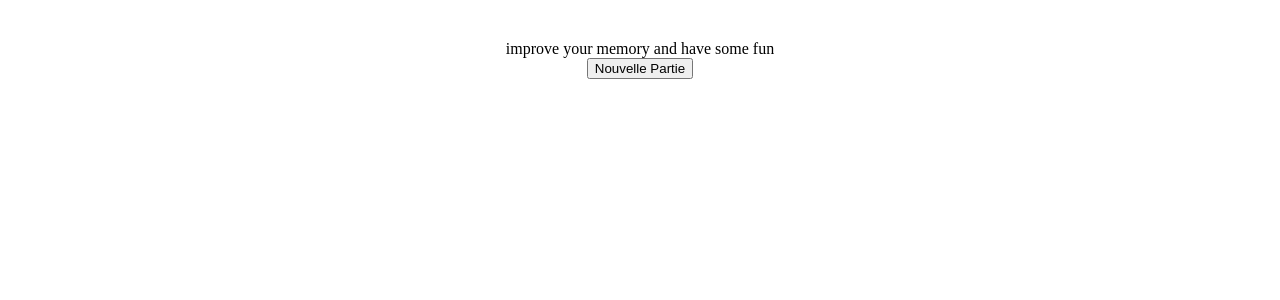
Repository: karim-sebih/react-memory
Page: / (app in react-memory/Memory/)
The author's editor kept a copy of each file at every save. The page is drawn from the files as they stood at one save, then again after a run of saves.
The browser window is 1280 px wide. The pictures show the whole page.
The project was rebuilt for these pictures with package versions that can differ from the ones it lists, and the page was loaded fresh each time. Also part of the build but not shown: react-memory/Memory/vite.config.js.

Above is the page before, as saved 2025-05-22 10:30:37.

### react-memory/Memory/src/App.jsx
import { useState } from 'react'
import './App.css'
import NewGameButton from './components/Button.jsx'

function App() {
  const [gameStarted, setGameStarted] = useState(false)
  const [cards, setCards] = useState([])

  // Dummy cards for demonstration
  const initialCards = [
    { id: 1, value: 'A', flipped: false, matched: false },
    { id: 2, value: 'A', flipped: false, matched: false },
    { id: 3, value: 'B', flipped: false, matched: false },
    { id: 4, value: 'B', flipped: false, matched: false },
  ]

  const startNewGame = () => {
    // Shuffle and reset cards
    const shuffled = [...initialCards].sort(() => Math.random() - 0.5)
    setCards(shuffled)
    setGameStarted(true)
  }

  return (
    <>
      <div>

        improve your memory and have some fun

      </div>
      {!gameStarted ? (
        <NewGameButton onNewGame={startNewGame} />
      ) : (
        <div>

          <h1>Memory Game</h1>
          <div className="memory-board">
            {cards.map(card => (
              <div key={card.id} className="memory-card">
                {card.flipped || card.matched ? card.value : "?"}
              </div>
            ))}
          </div>
        </div>
      )}

    </>
  )
}

export default App

### react-memory/Memory/src/components/Button.jsx
import React from 'react';

const NewGameButton = ({ onNewGame }) => (
    <button  className='new-game-button' onClick={onNewGame}>
        Nouvelle Partie
    </button>
);



export default NewGameButton;

### react-memory/Memory/src/components/button.css
.new-game-button {
  background-color: #4CAF50; /* Green */
  border: none;
  color: white;
  padding: 15px 32px;
  text-align: center;
  text-decoration: none;
  display: inline-block;
  font-size: 16px;
  margin: 4px 2px;
  cursor: pointer;
}

Loaded but not shown: react-memory/Memory/index.html (common file); react-memory/Memory/src/main.jsx (common file); react-memory/Memory/src/App.css (common file)

After the next 7 saves:
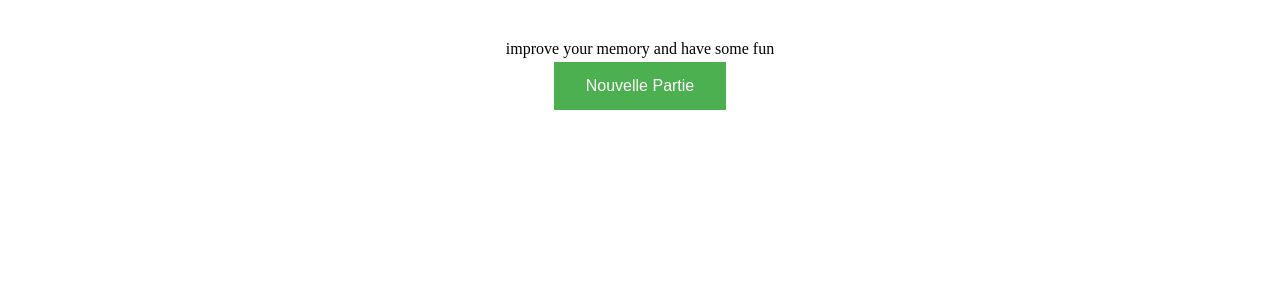
The 7 saves are shown as one change because they came seconds apart.
The last was saved 62 s later.
--- a/react-memory/Memory/src/components/Button.jsx
+++ b/react-memory/Memory/src/components/Button.jsx
@@ -1,4 +1,5 @@
 import React from 'react';
+import './Button.css';
 
 const NewGameButton = ({ onNewGame }) => (
     <button  className='new-game-button' onClick={onNewGame}>
